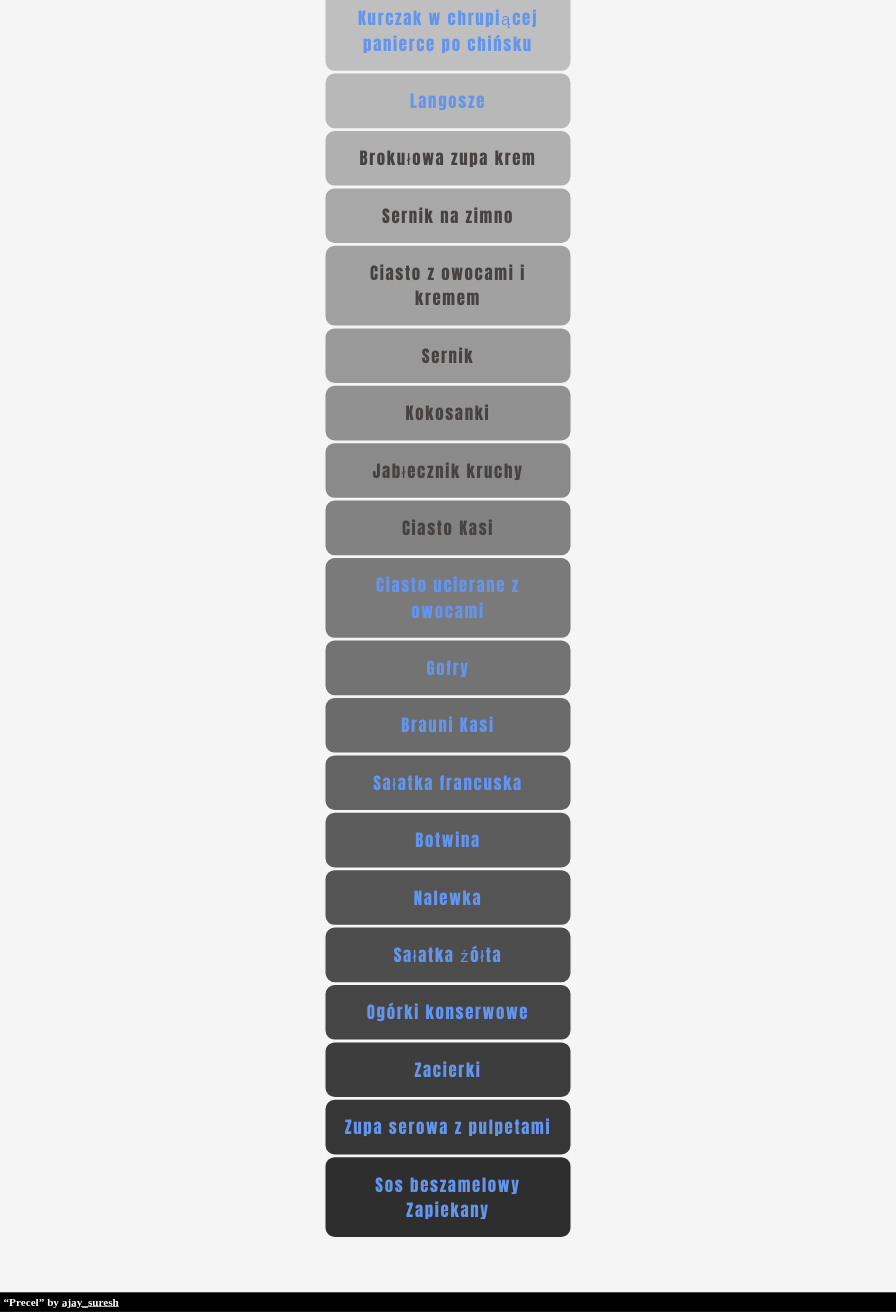
Repository: yaoayh/przepisy
Page: index.html
The author's editor kept a copy of each file at every save. The page is drawn from the files as they stood at one save, then again after the next save.
The browser window is 1280 px wide. The pictures show the part of the page from y = 1203 to 3123 px (the page is 3077 px tall before and 3123 px after), at 70% of full size.

Above is the page before, as saved 2020-08-13 02:37:50.

After the next save:
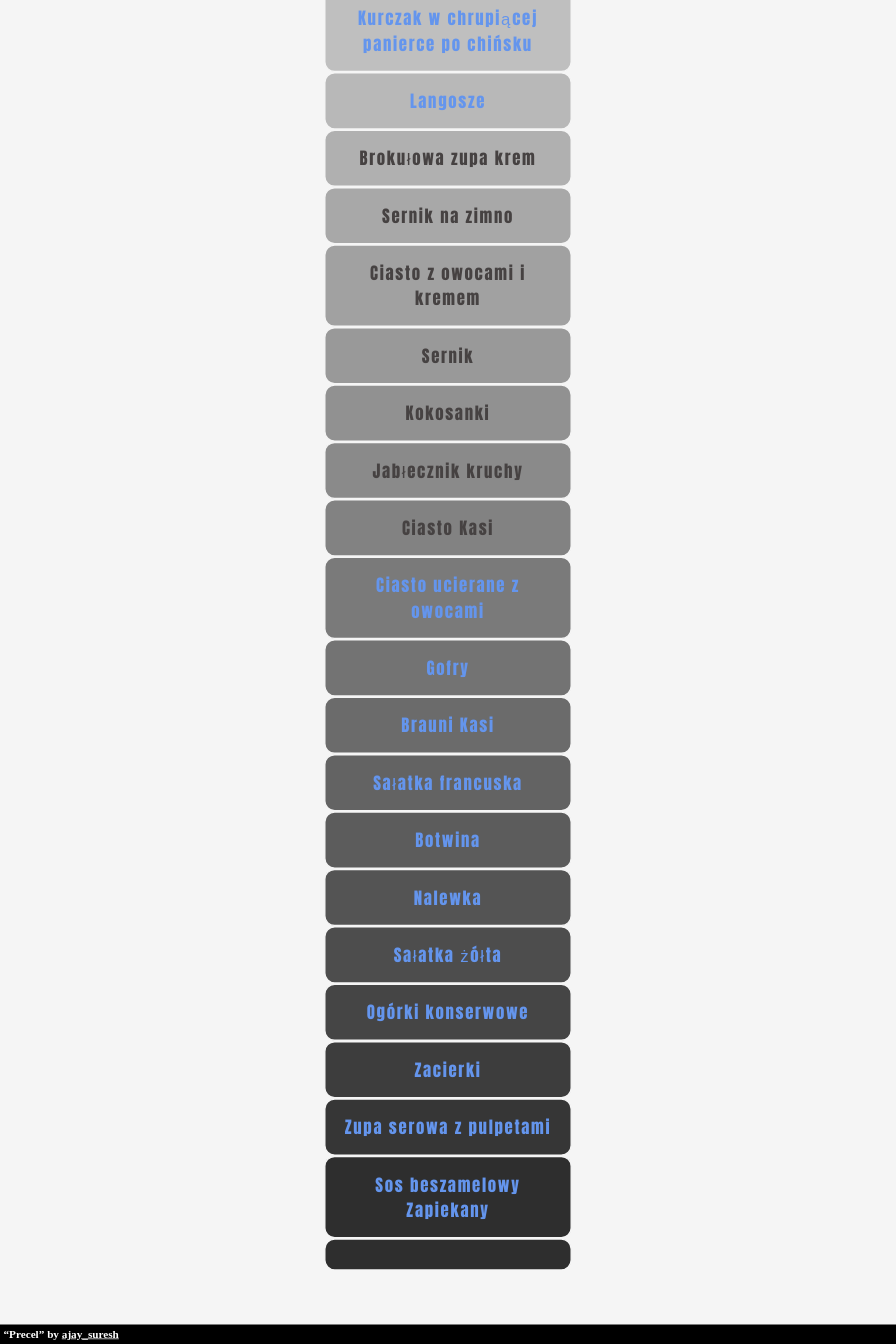
Saved 35 s later.
--- a/index.html
+++ b/index.html
@@ -91,6 +91,11 @@
             <a href="podstrony/zacierki.html"><div class="n23"><p class="p1">Zacierki</p></div></a>
             <div class="n24"><p class="p1">Zupa serowa z pulpetami</p></div>
             <a href="podstrony/sos_beszamelowy_zapiekany.html"><div class="n25"><p class="p1">Sos beszamelowy Zapiekany</p></div></a>
+            <a href="podstrony/kurczak_z_antylii.html">
+                <div class="n25">
+                    <p class="p1"></p>
+                </div>
+            </a>
             <br>
 
         </form>
